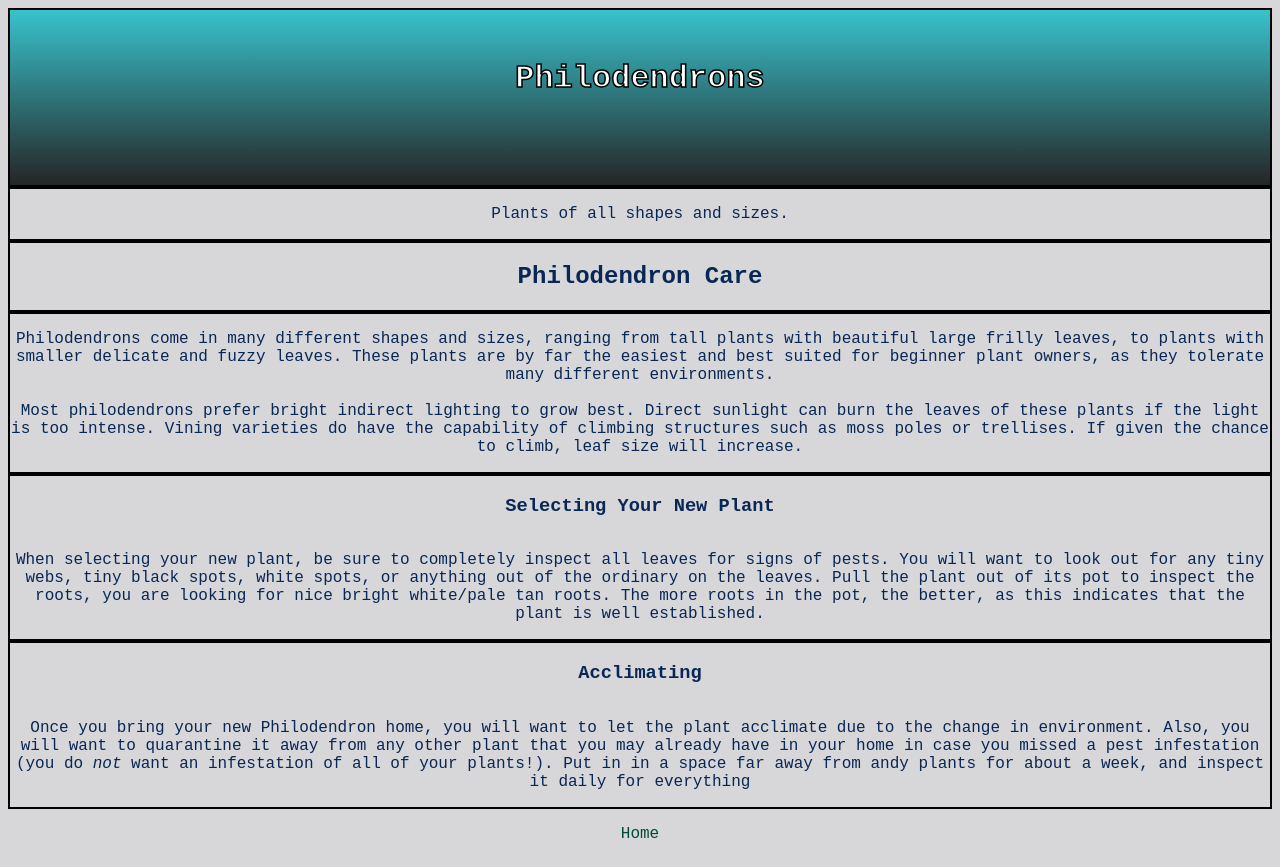
Repository: swillis91/odin-recipies
Page: Planty Page/philodendrons.html
These files come from the project's save history. The page is drawn as it stood at one moment and after the next save; the edit follows.
The browser window is 1280 px wide. The pictures show the whole page.

Above is the page before, as saved 2023-08-14 23:47:04.

After the next save:
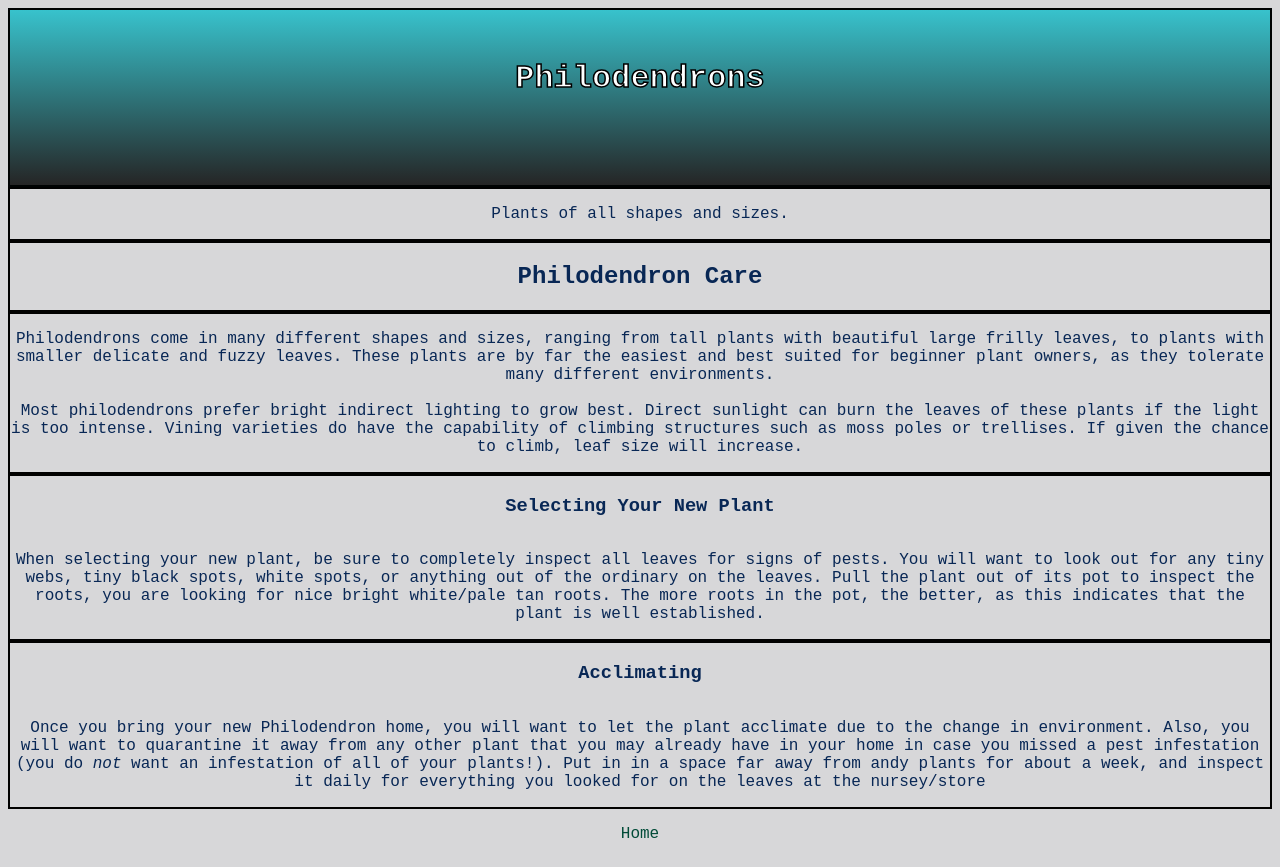
Saved 14 s later.
--- a/Planty Page/philodendrons.html
+++ b/Planty Page/philodendrons.html
@@ -26,7 +26,7 @@
             </div>
             <div class="box">
                 <h3>Acclimating</h3>
-                <p>Once you bring your new Philodendron home, you will want to let the plant acclimate due to the change in environment. Also, you will want to quarantine it away from any other plant that you may already have in your home in case you missed a pest infestation (you do <em>not</em> want an infestation of all of your plants!). Put in in a space far away from andy plants for about a week, and inspect it daily for everything </p>
+                <p>Once you bring your new Philodendron home, you will want to let the plant acclimate due to the change in environment. Also, you will want to quarantine it away from any other plant that you may already have in your home in case you missed a pest infestation (you do <em>not</em> want an infestation of all of your plants!). Put in in a space far away from andy plants for about a week, and inspect it daily for everything you looked for on the leaves at the nursey/store</p>
             </div>
               </p>
                 <!--img src="./Images/makoyana.webp" id="calathea makoyana" width="700px"-->
